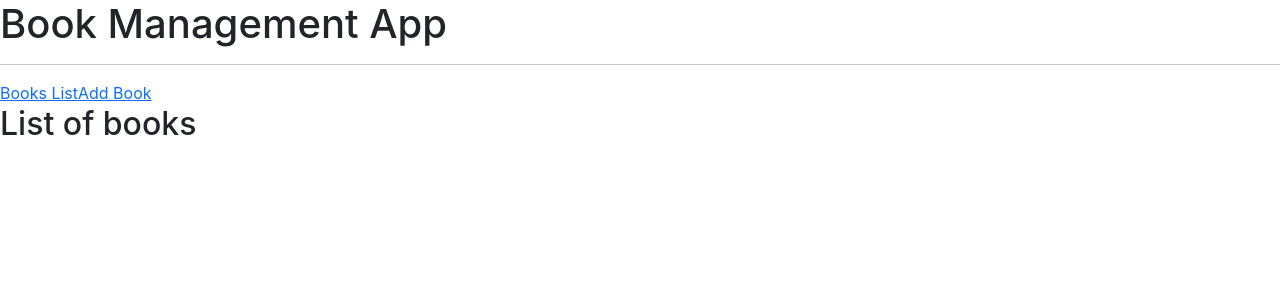
Repository: phob0/react-test
Page: /
These files come from the project's save history. The page is drawn as it stood at one moment and after the next save; the edit follows.
The browser window is 1280 px wide. The pictures show the whole page.
The project was rebuilt for these pictures with package versions that can differ from the ones it lists, and the page was loaded fresh each time. Also part of the build but not shown: src/components/BookForm.js, src/components/AddBook.js, src/components/Book.js.

Above is the page before, as saved 2024-02-17 14:48:56.

After the next save:
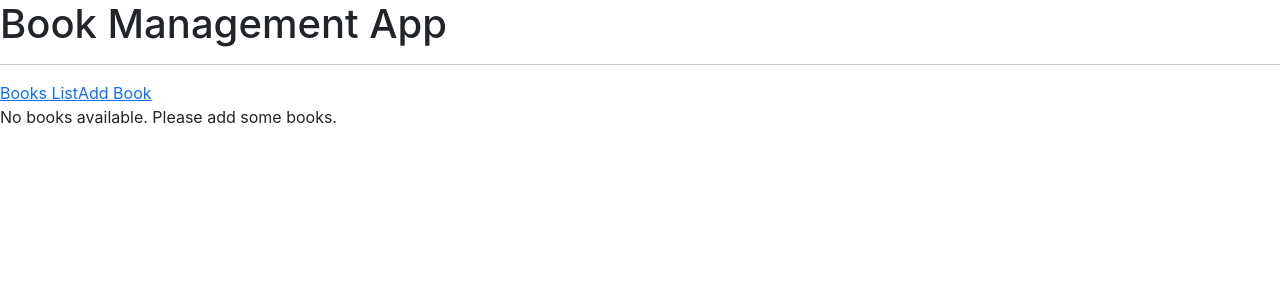
Saved 15 s later.
--- a/src/components/BooksList.js
+++ b/src/components/BooksList.js
@@ -1,7 +1,26 @@
 import React from 'react';
+import _ from 'lodash';
+import Book from './Book';
 
-const BooksList = () => {
-  return <h2>List of books</h2>;
+const BooksList = ({ books, setBooks }) => {
+
+  const handleRemoveBook = (id) => {
+    setBooks(books.filter((book) => book.id !== id));
+  };
+
+  return (
+    <React.Fragment>
+      <div className="book-list">
+        {!_.isEmpty(books) ? (
+          books.map((book) => (
+            <Book key={book.id} {...book} handleRemoveBook={handleRemoveBook} />
+          ))
+        ) : (
+          <p className="message">No books available. Please add some books.</p>
+        )}
+      </div>
+    </React.Fragment>
+  );
 };
 
 export default BooksList;
